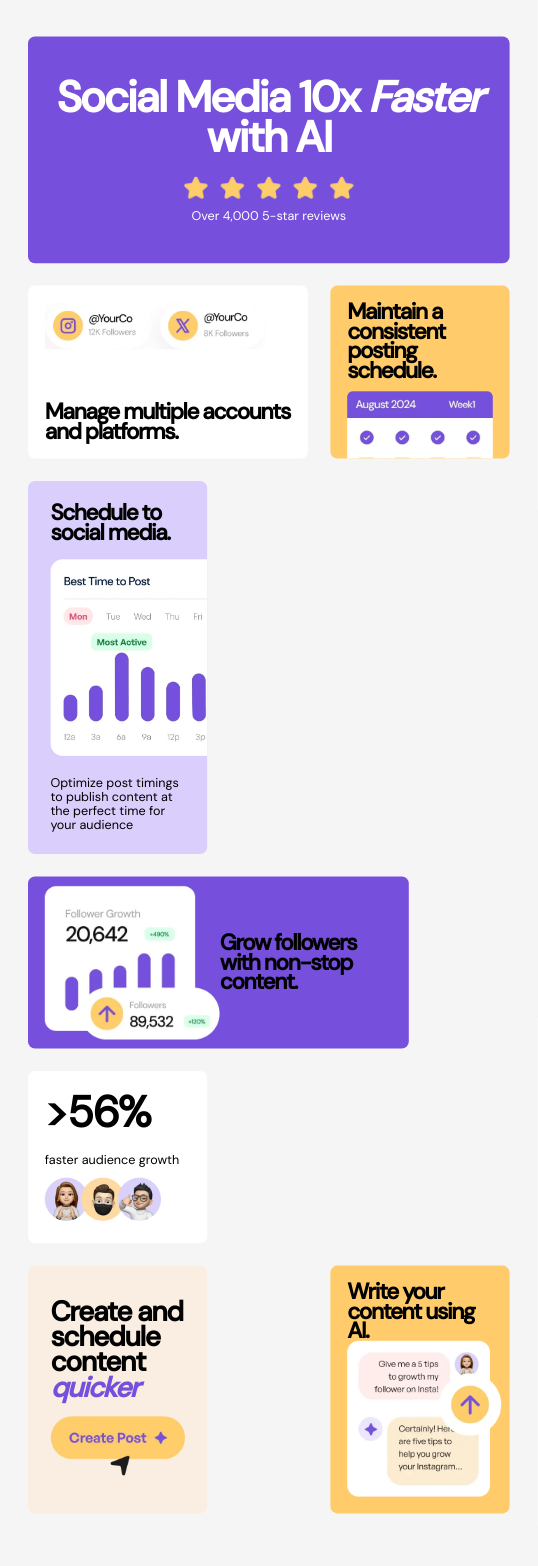
Repository: brandontaylor1/bento-grid
Page: index.html
The author's editor kept a copy of each file at every save. The page is drawn from the files as they stood at one save, then again after the next save.
The browser window is 768 px wide. The pictures show the whole page, at 70% of full size.

Above is the page before, as saved 2025-01-22 20:10:08.

After the next save:
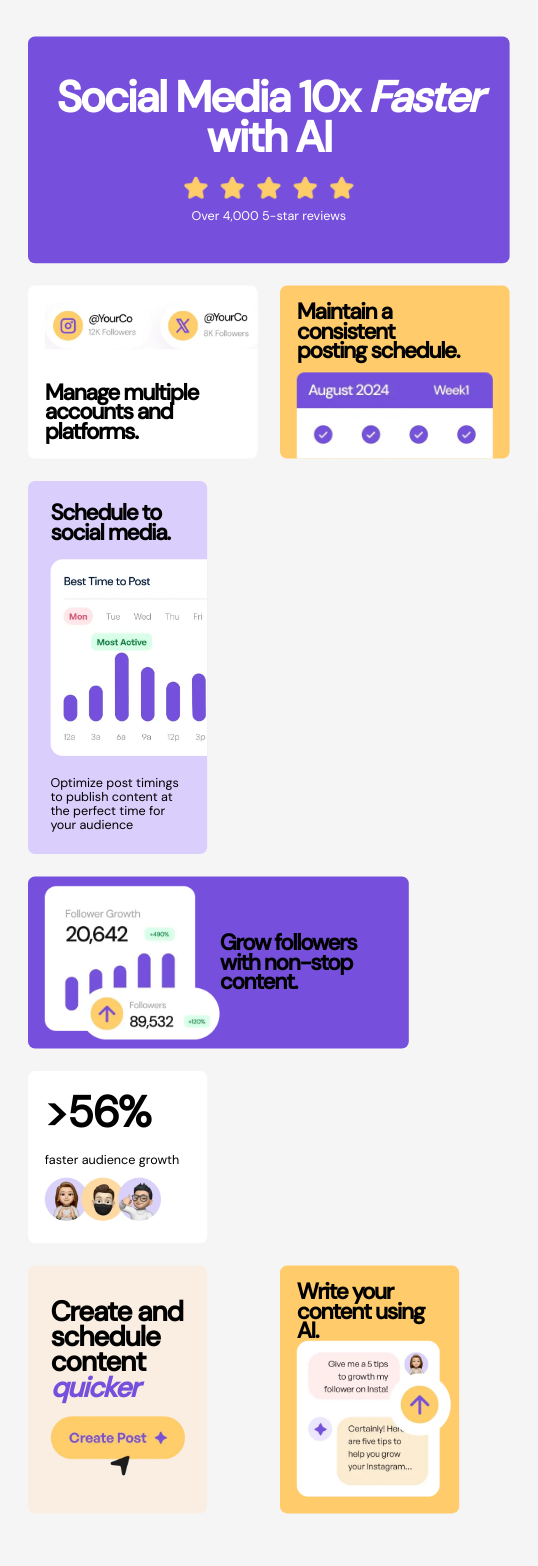
Saved 7 s later.
--- a/styles.css
+++ b/styles.css
@@ -309,6 +309,10 @@
     .grid-item-2 {
         width: 100%;
     }
+
+    .grid-item-3 {
+        width: 100%;
+    }
 }
 
 
